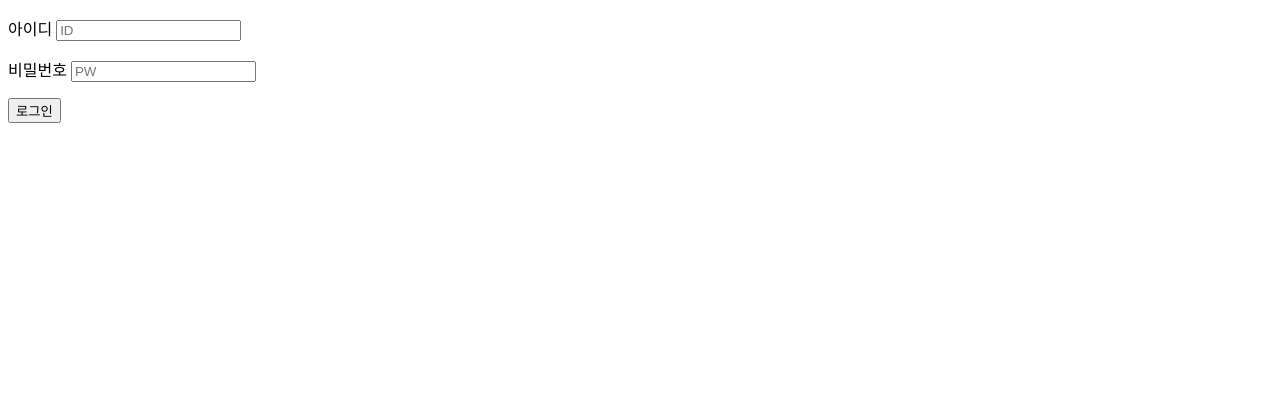
Repository: ChimmyWorld/JSP
Page: http://localhost/Day50/quiz2/login.jsp
These files come from the project's save history. The page is drawn as it stood at one moment and after the next save; the edit follows.
The browser window is 1280 px wide. The pictures show the whole page.
The page is served by Tomcat 9.

Above is the page before, as saved 2023-09-19 05:17:59.

After the next save:
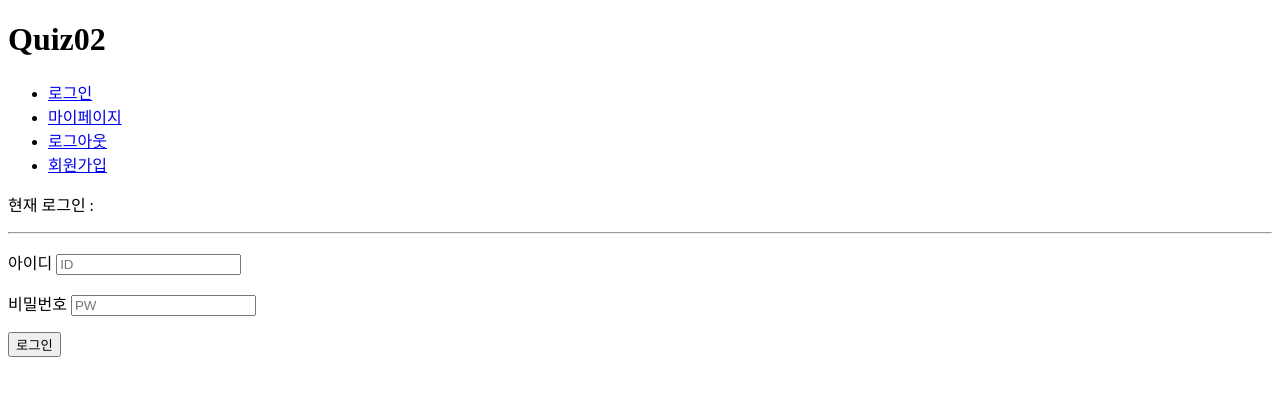
Saved 65 s later.
--- a/Day50/WebContent/quiz2/login.jsp
+++ b/Day50/WebContent/quiz2/login.jsp
@@ -1,12 +1,6 @@
 <%@ page language="java" contentType="text/html; charset=UTF-8"
     pageEncoding="UTF-8"%>
-<!DOCTYPE html>
-<html>
-<head>
-<meta charset="UTF-8">
-<title>login.jsp</title>
-</head>
-<body>
+<%@ include file="header.jsp" %>
 
 <form action="login.jsp" method="POST">
 	<p>
